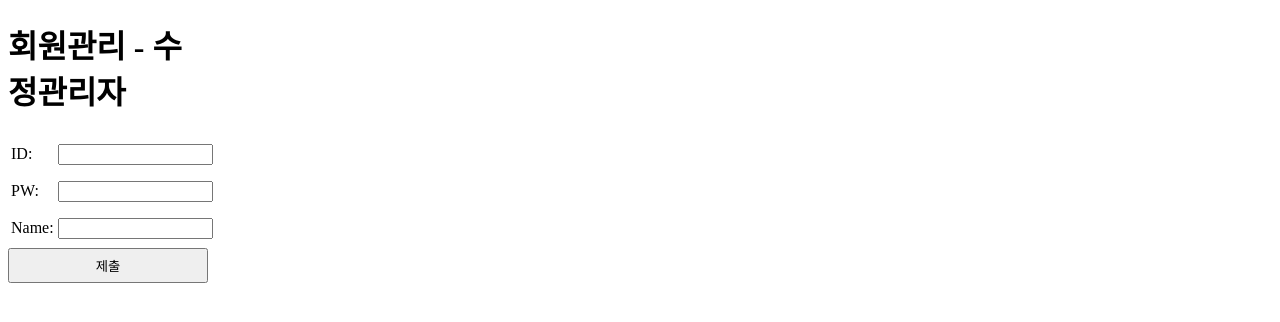
Repository: euniiee/test11
Page: http://localhost/Project/memChange.jsp
These files come from the project's save history. The page is drawn as it stood at one moment and after the next save; the edit follows.
The browser window is 1280 px wide. The pictures show the whole page.
The page is served by Tomcat 9. Other server files are loaded and not shown.

Above is the page before, as saved 2023-02-01 03:24:11.

### Project/WebContent/memChange.jsp
<%@ page language="java" contentType="text/html; charset=UTF-8"
    pageEncoding="UTF-8"%>
<!DOCTYPE html>
<html>
<head>
<meta charset="UTF-8">
<title>Insert title here</title>
<script src="https://code.jquery.com/jquery-3.6.3.js" integrity="sha256-nQLuAZGRRcILA+6dMBOvcRh5Pe310sBpanc6+QBmyVM=" crossorigin="anonymous"></script>
<script>
	$(function() {
		$('.submit').click(function(){
			alert("수정되었습니다.");
		});

	})
</script>
</head>
<body>
	<form style="width:200px">
		<h1>회원관리 - 수정관리자</h1>
		<table>
			<tr style="height:35px;">
				<td>ID:</td>
				<td><input style="width:100%;"type="text" class="id" name="id" readonly></td>
			</tr>
			<tr  style="height:35px;">
				<td>PW:</td>
				<td><input style="width:100%;" type="password" class="pw" name="pw" required></td>
			</tr>
				<tr style="height:35px;">
				<td>Name:</td>
				<td><input style="width:100%;" type="text" class="name" name="name" required></td>
			</tr>
		</table>
			<input class="submit" type="submit" value="제출" style="width:100%;  height:35px; margin-bottom:5px"><br>
	</form>
</body>
</html>

After the next save:
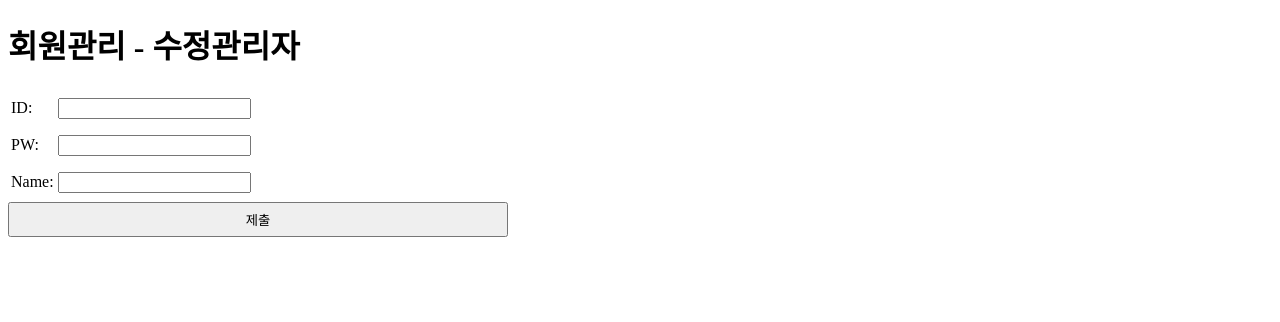
Saved 21 s later.
--- a/Project/WebContent/memChange.jsp
+++ b/Project/WebContent/memChange.jsp
@@ -16,7 +16,7 @@
 </script>
 </head>
 <body>
-	<form style="width:200px">
+	<form style="width:500px">
 		<h1>회원관리 - 수정관리자</h1>
 		<table>
 			<tr style="height:35px;">
